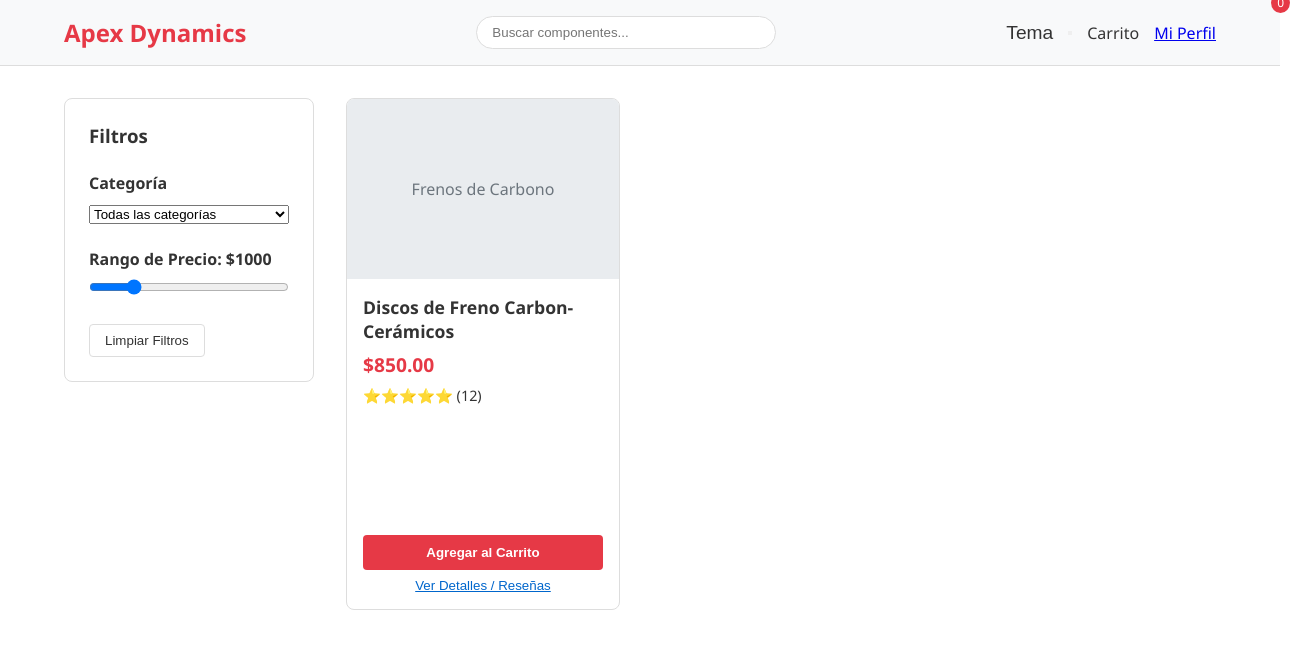
Repository: Niwrad774/Apex-Dynamics-Ecomerce
Page: html/cliente.html
An editor plug-in stored every save of this project. The page is shown before and after a run of saves, followed by the edit.
The browser window is 1280 px wide. The page is 1290 px wide, so the pictures cover 1290 px, including what lies to the right of the window. The pictures show the whole page.

Above is the page before, as saved 2026-06-11 09:14:44.

### html/cliente.html
<!DOCTYPE html>
<html lang="es">
<head>
    <meta charset="UTF-8">
    <meta name="viewport" content="width=device-width, initial-scale=1.0">
    <title>Catálogo | Apex Dynamics</title>
    <link rel="stylesheet" href="/assets/css/cliente.css">
</head>
<body>
    <header class="navbar">
        <div class="logo"><a href="index.html" style="color: inherit; text-decoration: none;">Apex Dynamics</a></div>
        <div class="search-bar">
            <input type="text" id="search-input" placeholder="Buscar componentes...">
        </div>
        <nav class="nav-actions">
            <button id="theme-toggle" class="btn-icon">Tema</button>
            <button></button><span id="cart-count">0</span>Carrito</Bu>
            <a href="#perfil" class="profile-link">Mi Perfil</a>
        </nav>
    </header>

    <main class="catalog-layout">
        <aside class="filters-sidebar">
            <h3>Filtros</h3>
            <div class="filter-group">
                <label for="category-select">Categoría</label>
                <select id="category-select">
                    <option value="all">Todas las categorías</option>
                    <option value="suspension">Suspensión y Dirección</option>
                    <option value="frenos">Frenos</option>
                    <option value="motor">Motor y Rendimiento</option>
                    <option value="telemetria">Electrónica y Telemetría</option>
                </select>
            </div>
            <div class="filter-group">
                <label for="price-range">Rango de Precio: $<span id="price-value">1000</span></label>
                <input type="range" id="price-range" min="0" max="5000" step="50" value="1000">
            </div>
            <button id="clear-filters" class="btn-secondary">Limpiar Filtros</button>
        </aside>

        <section class="products-container" id="products-grid">
            <article class="product-card" data-category="frenos" data-price="850">
                <div class="product-img">Frenos de Carbono</div>
                <div class="product-info">
                    <h4>Discos de Freno Carbon-Cerámicos</h4>
                    <p class="price">$850.00</p>
                    <div class="rating">⭐⭐⭐⭐⭐ (12)</div>
                    <button class="btn-primary add-to-cart">Agregar al Carrito</button>
                    <button class="btn-text view-details">Ver Detalles / Reseñas</button>
                </div>
            </article>
        </section>
    </main>

    <aside class="cart-panel" id="cart-panel">
        <div class="cart-header">
            <h2>Tu Paddock (Carrito)</h2>
            <button id="close-cart" class="btn-icon">✖</button>
        </div>
        <div class="cart-items" id="cart-items">
            </div>
        <div class="cart-summary">
            <div class="summary-row">
                <span>Subtotal:</span>
                <span id="cart-subtotal">$0.00</span>
            </div>
            <div class="summary-row total">
                <span>Total:</span>
                <span id="cart-total">$0.00</span>
            </div>
            <button id="btn-checkout" class="btn-primary btn-block">Proceder al Pago</button>
        </div>
    </aside>

    <div class="modal-overlay" id="checkout-modal">
        <div class="modal-content">
            <span class="close-modal" id="close-checkout">&times;</span>
            <h2>Completar Orden</h2>
            <form id="checkout-form">
                <div class="form-group">
                    <label>Nombre en la Tarjeta</label>
                    <input type="text" required placeholder="Piloto Principal">
                </div>
                <div class="form-group">
                    <label>Número de Tarjeta</label>
                    <input type="text" required pattern="\d{16}" placeholder="0000 0000 0000 0000">
                </div>
                <div class="form-row">
                    <div class="form-group">
                        <label>Vencimiento</label>
                        <input type="text" required placeholder="MM/YY">
                    </div>
                    <div class="form-group">
                        <label>CVV</label>
                        <input type="text" required pattern="\d{3,4}" placeholder="123">
                    </div>
                </div>
                <button type="submit" class="btn-primary btn-block">Confirmar Pago</button>
            </form>
        </div>
    </div>

    <div class="modal-overlay" id="product-modal">
        <div class="modal-content product-modal-content">
            <span class="close-modal" id="close-product">&times;</span>
            <div class="product-details-layout">
                <div class="product-details-info">
                    <h2 id="modal-product-title">Título del Producto</h2>
                    <p id="modal-product-desc">Descripción detallada del componente...</p>
                    <p class="price" id="modal-product-price">$0.00</p>
                </div>
                <div class="product-reviews-section">
                    <h3>Reseñas</h3>
                    <div id="reviews-list" class="reviews-list">
                        </div>
                    <form id="review-form" class="review-form">
                        <h4>Deja tu opinión</h4>
                        <div class="star-rating">
                            <label><input type="radio" name="rating" value="1"> 1⭐</label>
                            <label><input type="radio" name="rating" value="2"> 2⭐</label>
                            <label><input type="radio" name="rating" value="3"> 3⭐</label>
                            <label><input type="radio" name="rating" value="4"> 4⭐</label>
                            <label><input type="radio" name="rating" value="5" checked> 5⭐</label>
                        </div>
                        <textarea rows="3" placeholder="¿Qué tal funciona este componente en la pista?" required></textarea>
                        <button type="submit" class="btn-secondary">Enviar Reseña</button>
                    </form>
                </div>
            </div>
        </div>
    </div>
</body>
</html>

### assets/css/cliente.css
:root {
    --bg-color: #ffffff;
    --text-color: #333333;
    --primary-color: #e63946;
    --primary-hover: #d62828;
    --secondary-bg: #f8f9fa;
    --card-bg: #ffffff;
    --border-color: #dddddd;
    --font-main: 'Segoe UI', Tahoma, Geneva, Verdana, sans-serif;
    --overlay-bg: rgba(0, 0, 0, 0.6);
}

* { margin: 0; padding: 0; box-sizing: border-box; }

body {
    font-family: var(--font-main);
    background-color: var(--bg-color);
    color: var(--text-color);
    overflow-x: hidden;
}

.btn-primary {
    background-color: var(--primary-color);
    color: #fff;
    border: none;
    padding: 10px 15px;
    border-radius: 4px;
    cursor: pointer;
    font-weight: bold;
    transition: 0.3s;
}
.btn-primary:hover { background-color: var(--primary-hover); }

.btn-secondary {
    background-color: transparent;
    color: var(--text-color);
    border: 1px solid var(--border-color);
    padding: 8px 15px;
    border-radius: 4px;
    cursor: pointer;
    transition: 0.3s;
}
.btn-secondary:hover { background-color: var(--secondary-bg); }

.btn-icon {
    background: none;
    border: none;
    font-size: 1.2rem;
    cursor: pointer;
    color: inherit;
    position: relative;
}
.btn-block { width: 100%; }

.navbar {
    display: flex;
    justify-content: space-between;
    align-items: center;
    padding: 1rem 5%;
    background-color: var(--secondary-bg);
    border-bottom: 1px solid var(--border-color);
    position: sticky;
    top: 0;
    z-index: 100;
}
.navbar .logo { font-size: 1.5rem; font-weight: bold; color: var(--primary-color); }
.search-bar input {
    padding: 8px 15px;
    border-radius: 20px;
    border: 1px solid var(--border-color);
    width: 300px;
}
.nav-actions { display: flex; gap: 15px; align-items: center; }
#cart-count {
    position: absolute;
    top: -8px; right: -10px;
    background: var(--primary-color);
    color: white;
    font-size: 0.75rem;
    padding: 2px 6px;
    border-radius: 50%;
}

/* --- Layout del Catálogo --- */
.catalog-layout {
    display: flex;
    gap: 2rem;
    padding: 2rem 5%;
    min-height: 80vh;
}

/* Sidebar Filtros */
.filters-sidebar {
    width: 250px;
    background: var(--card-bg);
    padding: 1.5rem;
    border-radius: 8px;
    border: 1px solid var(--border-color);
    height: fit-content;
}
.filters-sidebar h3 { margin-bottom: 1.5rem; }
.filter-group { margin-bottom: 1.5rem; }
.filter-group label { display: block; margin-bottom: 0.5rem; font-weight: bold; }
.filter-group select, .filter-group input[type="range"] { width: 100%; }

/* Grid Productos */
.products-container {
    flex: 1;
    display: grid;
    grid-template-columns: repeat(auto-fill, minmax(250px, 1fr));
    gap: 1.5rem;
}
.product-card {
    background: var(--card-bg);
    border: 1px solid var(--border-color);
    border-radius: 8px;
    overflow: hidden;
    display: flex;
    flex-direction: column;
}
.product-img {
    height: 180px;
    background: #e9ecef;
    display: flex;
    align-items: center;
    justify-content: center;
    color: #6c757d;
}
.product-info { padding: 1rem; display: flex; flex-direction: column; flex: 1; }
.product-info h4 { margin-bottom: 0.5rem; font-size: 1.1rem; }
.product-info .price { color: var(--primary-color); font-weight: bold; font-size: 1.2rem; margin-bottom: 0.5rem; }
.product-info .rating { margin-bottom: 1rem; font-size: 0.9rem; }
.product-info .add-to-cart { margin-top: auto; margin-bottom: 0.5rem; }
.product-info .btn-text { background: none; border: none; color: #0066cc; cursor: pointer; text-decoration: underline; }

/* --- Panel del Carrito --- */
.cart-panel {
    position: fixed;
    top: 0; right: -400px;
    width: 350px;
    height: 100vh;
    background: var(--card-bg);
    box-shadow: -2px 0 10px rgba(0,0,0,0.1);
    z-index: 1000;
    transition: right 0.3s ease;
    display: flex;
    flex-direction: column;
}
.cart-panel.open { right: 0; }
.cart-header {
    padding: 1.5rem;
    border-bottom: 1px solid var(--border-color);
    display: flex;
    justify-content: space-between;
    align-items: center;
}
.cart-items { flex: 1; overflow-y: auto; padding: 1.5rem; }
.cart-summary {
    padding: 1.5rem;
    border-top: 1px solid var(--border-color);
    background: var(--secondary-bg);
}
.summary-row { display: flex; justify-content: space-between; margin-bottom: 0.5rem; }
.summary-row.total { font-size: 1.2rem; font-weight: bold; margin-bottom: 1rem; }

/* --- Modales (Checkout y Producto) --- */
.modal-overlay {
    position: fixed;
    top: 0; left: 0; width: 100%; height: 100%;
    background: var(--overlay-bg);
    display: none;
    align-items: center;
    justify-content: center;
    z-index: 1100;
}
.modal-content {
    background: var(--bg-color);
    padding: 2rem;
    border-radius: 8px;
    width: 90%;
    max-width: 400px;
    position: relative;
}
.product-modal-content { max-width: 800px; }
.close-modal {
    position: absolute;
    top: 15px; right: 20px;
    font-size: 1.5rem;
    cursor: pointer;
}
.form-group { margin-bottom: 1rem; }
.form-group label { display: block; margin-bottom: 0.3rem; font-size: 0.9rem; }
.form-group input {
    width: 100%; padding: 10px;
    border: 1px solid var(--border-color); border-radius: 4px;
}
.form-row { display: flex; gap: 10px; }

/* Layout Detalle de Producto */
.product-details-layout {
    display: grid;
    grid-template-columns: 1fr 1fr;
    gap: 2rem;
    margin-top: 1rem;
}
.review-form {
    margin-top: 1.5rem;
    background: var(--secondary-bg);
    padding: 1rem;
    border-radius: 8px;
}
.star-rating { margin-bottom: 1rem; display: flex; gap: 10px; }
.review-form textarea {
    width: 100%; padding: 10px;
    border: 1px solid var(--border-color);
    border-radius: 4px; margin-bottom: 1rem; resize: vertical;
}

/* --- Responsive --- */
@media (max-width: 768px) {
    .catalog-layout { flex-direction: column; }
    .filters-sidebar { width: 100%; }
    .product-details-layout { grid-template-columns: 1fr; }
}

After the next 2 saves:
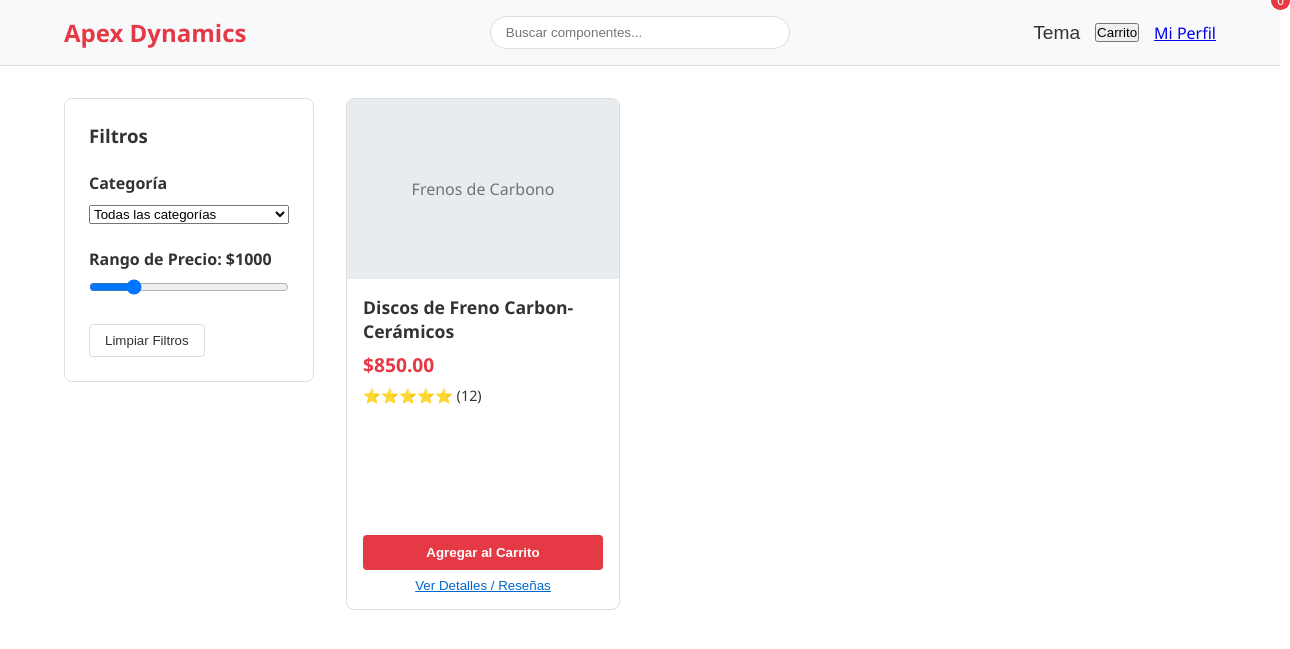
The 2 saves are shown as one change because they came seconds apart.
The last was saved 8 s later.
--- a/html/cliente.html
+++ b/html/cliente.html
@@ -14,7 +14,7 @@
         </div>
         <nav class="nav-actions">
             <button id="theme-toggle" class="btn-icon">Tema</button>
-            <button></button><span id="cart-count">0</span>Carrito</Bu>
+            <button><span id="cart-count">0</span>Carrito</button>
             <a href="#perfil" class="profile-link">Mi Perfil</a>
         </nav>
     </header>
